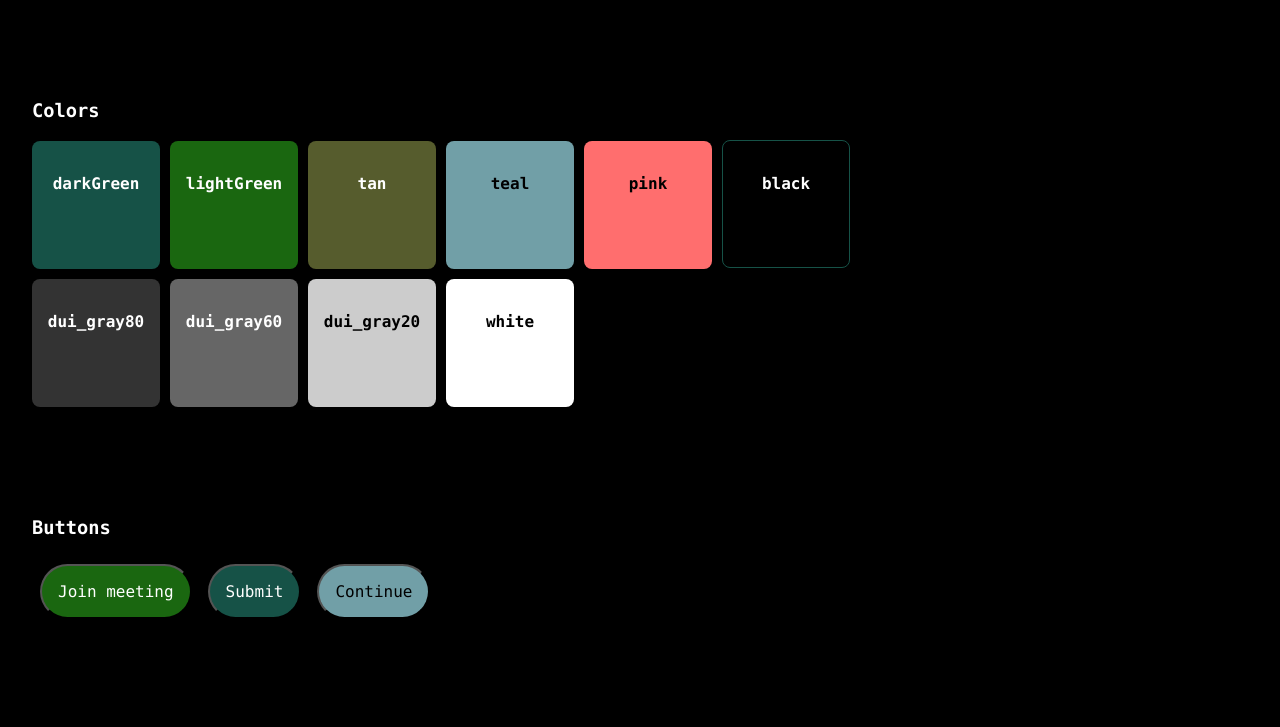
Repository: kttalley/designing-with-data_react-class
Page: / (app in lesson6_design-system-component-extension/)
An editor plug-in stored every save of this project. The page is shown before and after the next save, followed by the edit.
The browser window is 1280 px wide. The pictures show the whole page.
The project was rebuilt for these pictures with package versions that can differ from the ones it lists, and the page was loaded fresh each time. Imported but missing from the stored project, and not drawn on this page: lesson6_design-system-component-extension/src/Rhubarb/Input.

Above is the page before, as saved 2023-08-30 15:05:56.

### lesson6_design-system-component-extension/src/App.js
import React, { Component } from 'react';
import { DocsSection, DocsColorBox, DocsModalContainer, DocsCodeBlock } from './Docs';
import {
  GlobalStyle,
  Btn
} from './Rhubarb';

class App extends Component {
  render() {
    return (
      <div>
        <GlobalStyle />
        <DocsSection>
          <h3>Colors</h3>
          <DocsColorBox color="darkGreen">darkGreen</DocsColorBox>
          <DocsColorBox color="lightGreen">lightGreen</DocsColorBox>
          <DocsColorBox color="tan">tan</DocsColorBox>
          <DocsColorBox color="teal">teal</DocsColorBox>
          <DocsColorBox color="pink">pink</DocsColorBox>
          <DocsColorBox color="black">black</DocsColorBox>
          <DocsColorBox color="dui_gray80">dui_gray80</DocsColorBox>
          <DocsColorBox color="dui_gray60">dui_gray60</DocsColorBox>
          <DocsColorBox color="dui_gray20">dui_gray20</DocsColorBox>
          <DocsColorBox color="white">white</DocsColorBox>
        </DocsSection>

        <DocsSection>
          <h3>Buttons</h3>
          <Btn color="lightGreen">Join meeting</Btn>
          <Btn color="darkGreen">Submit</Btn>
          <Btn color="teal">Continue</Btn>

        </DocsSection>
      </div>
    );
  }
}

export default App;

### lesson6_design-system-component-extension/src/Docs/index.js
import styled from 'styled-components';
import {color, space, isDarkBackground, fontSize} from '../Rhubarb';

export const DocsColorBox = styled.div`
background-color: ${ props => color[props.color] ? color[props.color] : color.black };
  color: ${props => isDarkBackground(props.color) ? color.black : color.white};
  height: ${space[6] + 'px'};
  width: ${space[6] + 'px'};
  padding-top: 33px;
  text-align: center;
  font-weight: bold;
  display: inline-block;
  margin-right: 10px;
  margin-bottom: 10px;
  border-radius: 8px;
  border: ${props => props.color === "black" ? '1px solid' + color.darkGreen : 'none'}
`;

export const DocsSection = styled.section`
  margin: 100px 32px;
  max-width: 832px;
`;

export const DocsModalContainer = styled.section`
  position: relative;
  height: 300px;
  border-radius: 3px;
  background: ${color.dui_gray80}
`;

export const DocsCodeBlock = styled.code`
  border: 1px solid ${color.dui_gray80};
  color: ${color.dui_gray60}
  border-radius: 8px;
  display: block;
  font-family: consolas, monospace;
  line-height: 1.3;
  padding: ${space[1] + 'px'};
  white-space: pre-line;
  font-size: ${fontSize[1]};
  margin-top: ${space[3] + 'px'};
  transition: 0.15s color ease;

  &::selection {
    color: ${color.black};
    background-color: ${color.pink};
  }

  &:hover {
    color: ${color.white};
  }


`;

### lesson6_design-system-component-extension/src/Rhubarb/index.js
//this file indexes all Rhubarb components for export

import { createGlobalStyle } from "styled-components";

export const GlobalStyle = createGlobalStyle`
  * {
    box-sizing: border-box;
  }

  body {
    margin: 0;
    padding: 0;
    font-family: menlo, sans-serif;
    background-color: black;
    color: white;
  }
`;


export * from './Button';
export * from './Input';
export * from './Utils';

### lesson6_design-system-component-extension/src/Rhubarb/Button.js
import { color, space, isDarkBackground} from './Utils';
import styled from 'styled-components';
export const Btn = styled.button`
  background-color: ${ props => color[props.color] ? color[props.color] : color.black };
  color: ${props => isDarkBackground(props.color) ? color.black : color.white};
  border-radius: ${space[6] + 'px'};
  padding: ${space[3] + 'px'};
  margin: ${space[2] + 'px'};
  font-family: consolas;
  font-size: ${space[3] + 'px'};
  border: ${props => props.color === "darkGreen"  ? '2px solid' + color.pink : 'none'}

  &:hover {
    filter: brightness(1.2);
  }

`;

### lesson6_design-system-component-extension/src/Rhubarb/Utils.js
export const color = {

  //core colors
  darkGreen: '#165247',
  tan: '#565C2D',
  lightGreen: '#1A6710',
  teal: '#719FA7',
  pink: '#FF6E6E',

  //grayscale - needs lui
  black: '#000000',
  dui_gray80: '#FFFFFF33',
  dui_gray60: '#FFFFFF66',
  dui_gray40: '##FFFFFF44',
  dui_gray20: '#FFFFFFCC',
  white: '#FFFFFF',
  // solid grays, no opacity,
  //for sake of utility function below
  gray1: '#606060',
  gray2: '#313131',
  gray3: '#181818'

}

export const space = [
  0,
  2,
  8,
  16,
  32,
  64,
  128,
  256,
  512
];

export const fontSize = [
  '14px',
  '16px',
  '20px',
  '24px',
  '32px',
  '64px'
];


export const isDarkBackground = function(color) {
  if (color) {
    if (color.includes('dui_gray20') || color.includes('teal') || color.includes('pink') || color.includes('white')) {
      return true;
    } else {
      return false;
    }
  }
}

Loaded but not shown: lesson6_design-system-component-extension/public/index.html (common file); lesson6_design-system-component-extension/src/index.js (common file); lesson6_design-system-component-extension/src/index.css (common file); lesson6_design-system-component-extension/src/reportWebVitals.js (common file)

After the next save:
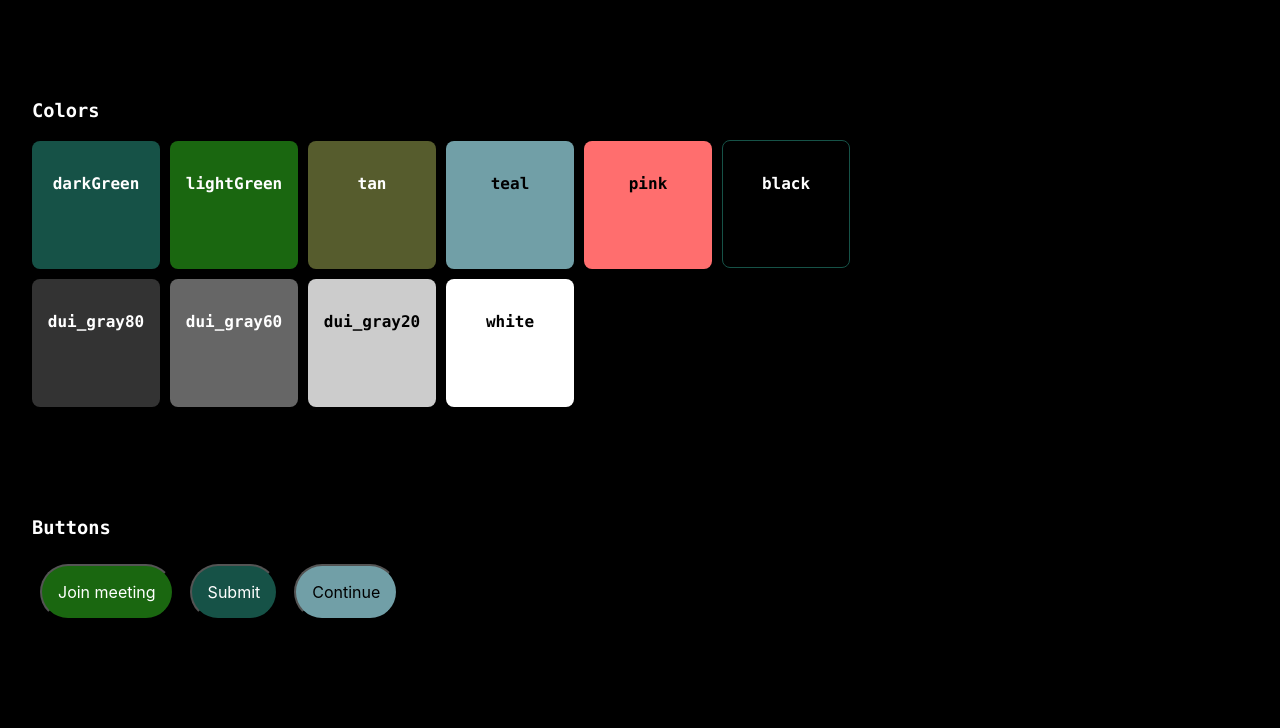
Saved 4 s later.
--- a/lesson6_design-system-component-extension/src/Rhubarb/Button.js
+++ b/lesson6_design-system-component-extension/src/Rhubarb/Button.js
@@ -6,7 +6,7 @@
   border-radius: ${space[6] + 'px'};
   padding: ${space[3] + 'px'};
   margin: ${space[2] + 'px'};
-  font-family: consolas;
+  font-family: inter;
   font-size: ${space[3] + 'px'};
   border: ${props => props.color === "darkGreen"  ? '2px solid' + color.pink : 'none'}
 

After the save that followed:
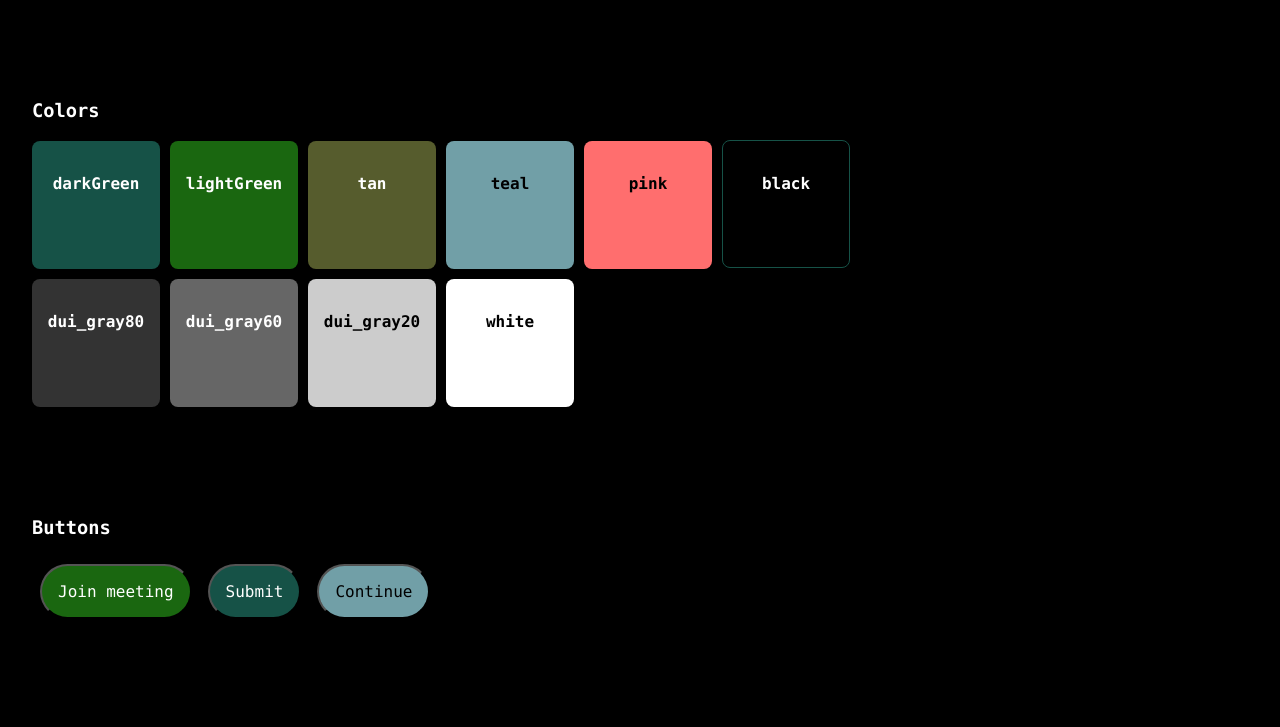
Saved 5 s later.
--- a/lesson6_design-system-component-extension/src/Rhubarb/Button.js
+++ b/lesson6_design-system-component-extension/src/Rhubarb/Button.js
@@ -6,7 +6,7 @@
   border-radius: ${space[6] + 'px'};
   padding: ${space[3] + 'px'};
   margin: ${space[2] + 'px'};
-  font-family: inter;
+  font-family: menlo;
   font-size: ${space[3] + 'px'};
   border: ${props => props.color === "darkGreen"  ? '2px solid' + color.pink : 'none'}
 
